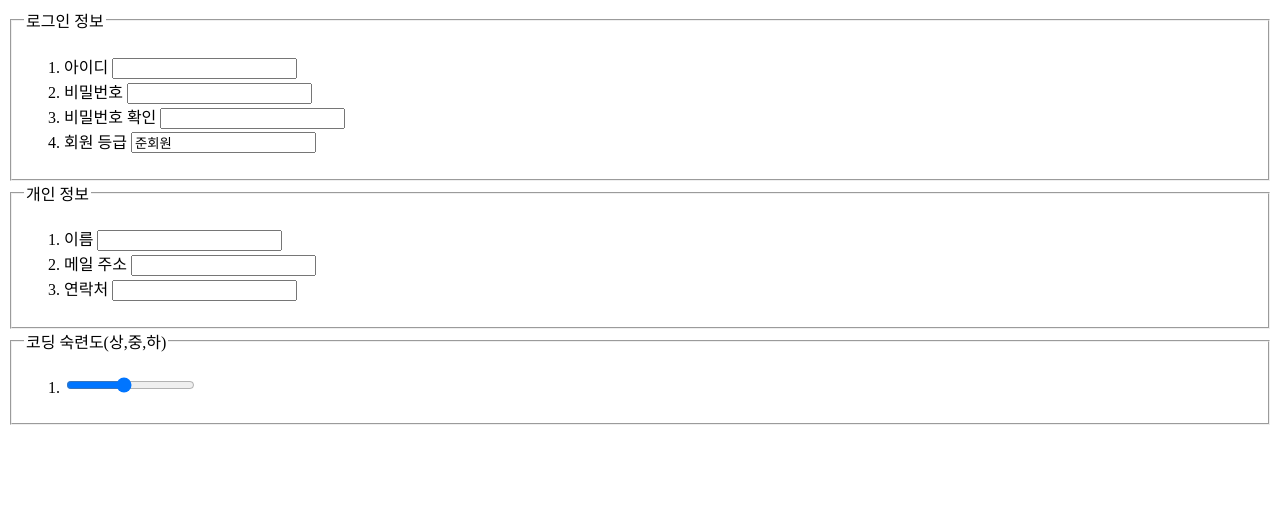
Repository: giwon8701/Qclass_KH
Page: Workspace_Java/testWebProject/test.html
An editor plug-in stored every save of this project. The page is shown before and after the next save, followed by the edit.
The browser window is 1280 px wide. The pictures show the whole page.

Above is the page before, as saved 2021-01-11 02:14:35.

### Workspace_Java/testWebProject/test.html
<head>
</head><!doctype html>
<html lang="ko">
<head>
<meta charset="UTF-8">
<link href="resources/css/main.css" rel="stylesheet" type="text/css">
</head>

<body>
<form>
	<fieldset>
		<legend>로그인 정보</legend>
		<ol>
			<li>
				<label>아이디</label>
				<input type="text" id="id">
			</li>

			<li>
				<label>비밀번호</label>
				<input type="text" id="pw">
			</li>

			<li>
				<label>비밀번호 확인</label>
				<input type="text" id="pw_confirm">
			</li>

			<li>
				<label>회원 등급</label>
				<input type="text" id="grade" value="준회원">
			</li>
		</ol>
	</fieldset>

	<fieldset>
		<legend>개인 정보</legend>
		<ol>
			<li>
				<label>이름</label>
				<input type="text" id="name">
			</li>

			<li>
				<label>메일 주소</label>
				<input type="text" id="email">
			</li>

			<li>
				<label>연락처</label>
				<input type="text" id="phone_number">
			</li>
		</ol>
	</fieldset>

	<fieldset>
		<legend>코딩 숙련도(상,중,하)</legend>
		<ol>
			<li>
				<input type="range" id="coding_level" min="1" max="10" step="2">
			</li>
		</ol>
	</fieldset>
</form>
</body>
</html>

### Workspace_Java/testWebProject/WebContent/resources/css/main.css
#navi {
list-style-type: none;
height: 40px;
padding: 0;
margin: 0;
}
#navi li {
float: left;
position: relative;
padding: 0;
line-height: 40px;
background:#600;
}
#navi li a {
display: block;
font-family:"굴림";
font-weight:600;
font-size:14px;
padding: 5px 25px;
color: #fff;
text-decoration: none;
}
#navi li a:hover {
color:#F90;
}
#navi li ul {
opacity: 0;
position: absolute;
left: 0;
width: 180px;
background: #D8AFAF;
list-style-type: none;
padding: 0;
margin: 0;
}
#navi li:hover ul {
opacity: 1;
}
#navi li ul li {
float: none;
position: static;
height: 0;
line-height: 0;
background: none;
}
#navi li:hover ul li {
height: 30px;
line-height: 30px;
padding:5px 0;
}

#navi li ul li a {
background: #D8AFAF;
font-family:"굴림";
font-weight:600;
font-size:14px;
color:#900;
}
#navi li ul li a:hover {background: #900; }
#navi li {
transition: all 0.2s;
-webkit-transition: all 0.2s;
-moz-transition: all 0.2s;
-o-transition: all 0.2s;
}
#navi li a {
transition: all 0.5s;
-webkit-transition: all 0.5s;
-moz-transition: all 0.5s;
-o-transition: all 0.5s;
}
#navi li ul {
transition: all 1s;
-webkit-transition: all 1s;
-moz-transition: all 1s;
-o-transition: all 1s;
}
#navi li ul li {
transition: height 0.5s;
-webkit-transition: height 0.5s;
-moz-transition: height 0.5s;
-o-transition: height 0.5s;
}

After the next save:
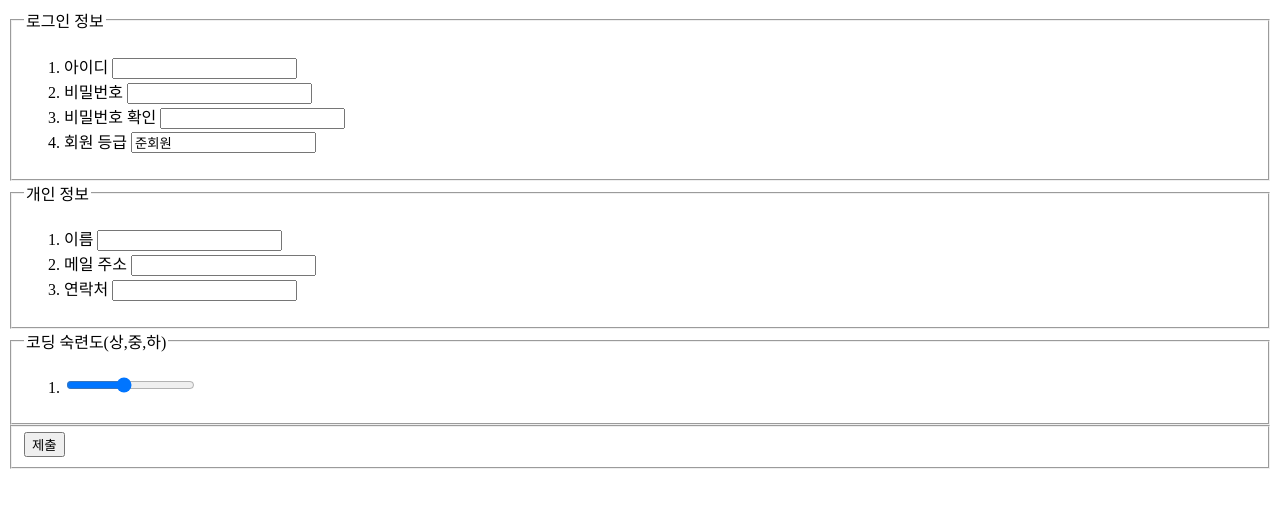
Saved 44 s later.
--- a/Workspace_Java/testWebProject/test.html
+++ b/Workspace_Java/testWebProject/test.html
@@ -61,6 +61,10 @@
 			</li>
 		</ol>
 	</fieldset>
+
+	<fieldset>
+		<input type="submit" value="제출">
+	</fieldset>
 </form>
 </body>
 </html>
